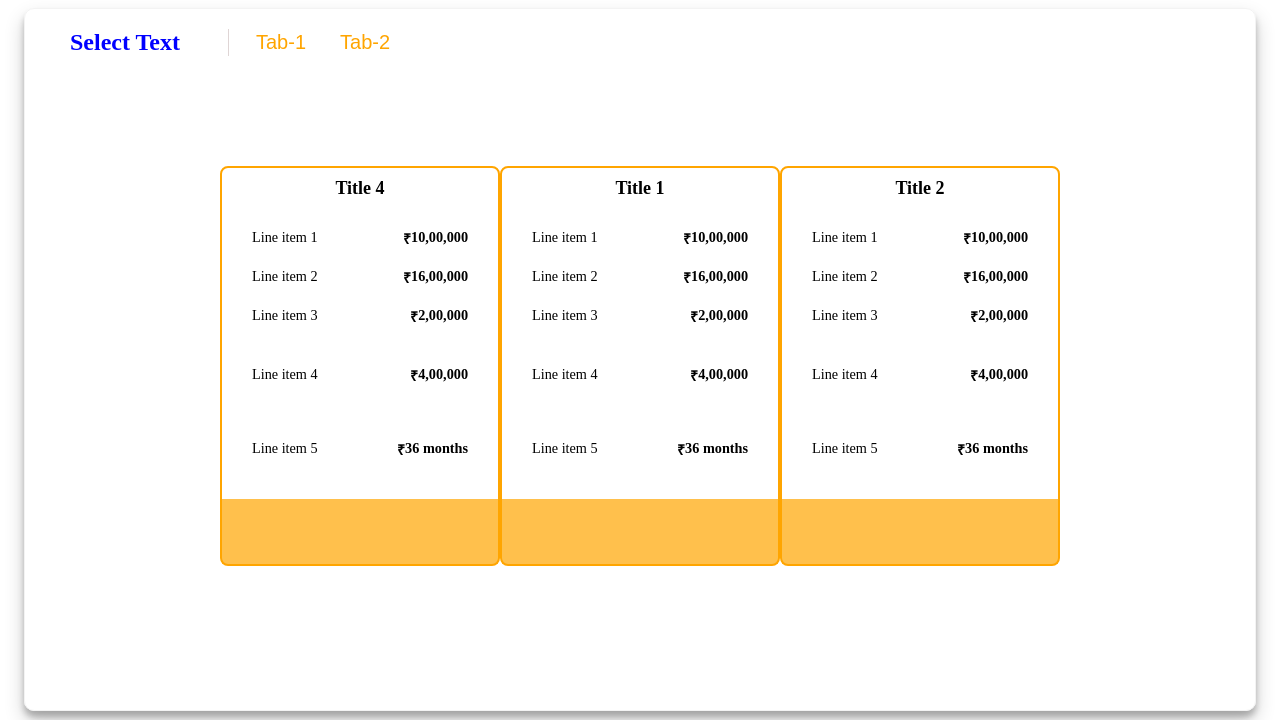
Repository: Adityanarayan-tiwari/Cardbox
Page: index.html
An editor plug-in stored every save of this project. The page is shown before and after a run of saves, followed by the edit.
The browser window is 1280 px wide. The pictures show the whole page.

Above is the page before, as saved 2020-07-25 13:45:16.

### index.html
<!DOCTYPE html>
<html lang="en">
<head>
    <meta charset="UTF-8">
    <meta name="viewport" content="width=device-width, initial-scale=1.0">
    <title>CardBox</title>
    <link rel="stylesheet" href="./index.css">
</head>
<body>




    <!-- Page Wrapper -->
    <div class="page-wrapper">
        <div class="page-heading">
            <h2>Select Text</h2>
            <button class="prev">Tab-1</button>
            <button class="next">Tab-2</button>
        </div>

        <!-- Card Slider -->
        <div class="card-slider">

            <!--  Card Wrapper -->
                <div class="card-wrapper">
                    <div class="card">
                        <h3>Title 1</h3>
                    <div class="card-content">
                        <ul>
                            <li>Line item 1</li>
                            <li><span>&#8377</span>10,00,000</li>
                        </ul>
                        <ul>
                            <li>Line item 2</li>
                            <li><span>&#8377</span>16,00,000</li>
                        </ul>
                        <ul>
                            <li>Line item 3</li>
                            <li><span>&#8377</span>2,00,000</li>
                        </ul>
                        <ul>
                            <li>Line item 4</li>
                            <li><span>&#8377</span>4,00,000</li>
                        </ul>
                        <ul>
                            <li>Line item 5</li>
                            <li><span>&#8377</span>36 months</li>
                        </ul>
                    </div>
                    <div class="lower"></div>
                    </div>
                    <div class="card">
                        <h3>Title 2</h3>
                    <div class="card-content">
                        <ul>
                            <li>Line item 1</li>
                            <li><span>&#8377</span>10,00,000</li>
                        </ul>
                        <ul>
                            <li>Line item 2</li>
                            <li><span>&#8377</span>16,00,000</li>
                        </ul>
                        <ul>
                            <li>Line item 3</li>
                            <li><span>&#8377</span>2,00,000</li>
                        </ul>
                        <ul>
                            <li>Line item 4</li>
                            <li><span>&#8377</span>4,00,000</li>
                        </ul>
                        <ul>
                            <li>Line item 5</li>
                            <li><span>&#8377</span>36 months</li>
                        </ul>
                    </div>
                    <div class="lower"></div>
                    </div>
                    <div class="card">
                        <h3>Title 3</h3>
                    <div class="card-content">
                        <ul>
                            <li>Line item 1</li>
                            <li><span>&#8377</span>10,00,000</li>
                        </ul>
                        <ul>
                            <li>Line item 2</li>
                            <li><span>&#8377</span>16,00,000</li>
                        </ul>
                        <ul>
                            <li>Line item 3</li>
                            <li><span>&#8377</span>2,00,000</li>
                        </ul>
                        <ul>
                            <li>Line item 4</li>
                            <li><span>&#8377</span>4,00,000</li>
                        </ul>
                        <ul>
                            <li>Line item 5</li>
                            <li><span>&#8377</span>36 months</li>
                        </ul>
                    </div>
                    <div class="lower"></div>
                    </div>
                    <div class="card">
                        <h3>Title 4</h3>
                    <div class="card-content">
                        <ul>
                            <li>Line item 1</li>
                            <li><span>&#8377</span>10,00,000</li>
                        </ul>
                        <ul>
                            <li>Line item 2</li>
                            <li><span>&#8377</span>16,00,000</li>
                        </ul>
                        <ul>
                            <li>Line item 3</li>
                            <li><span>&#8377</span>2,00,000</li>
                        </ul>
                        <ul>
                            <li>Line item 4</li>
                            <li><span>&#8377</span>4,00,000</li>
                        </ul>
                        <ul>
                            <li>Line item 5</li>
                            <li><span>&#8377</span>36 months</li>
                        </ul>
                    </div>
                    <div class="lower"></div>
                    </div>
                </div>
            <!-- // Card Wrapper -->

        </div>
        <!-- // Card Slider -->

    </div>
    <!-- // Page Wrapper -->







    <!-- JQuery cdn Link -->
    <script src="https://code.jquery.com/jquery-3.5.1.slim.min.js"></script>

    <!-- Slick Carousel JS cdn Link -->
    <script type="text/javascript" src="https://cdn.jsdelivr.net/npm/slick-carousel@1.8.1/slick/slick.min.js"></script>

    <!-- Custom JavaScript -->
    <script src="./index.js"></script>
</body>
</html>

### index.css




.page-wrapper{
    max-width: 1200px;
    margin: 0 auto;
    padding: 0 15px;
    border: 1px solid #f3f3f3;
    box-shadow: 0 10px 20px rgba(0,0,0,0.19), 0 6px 6px rgba(0,0,0,0.23);
    border-radius: 10px;
}



.page-heading{
    display: flex;
}
.page-heading h2 {
    margin: 20px 30px;
    color: blue;
    padding-right: 4%;
    border-right: 1px solid rgb(223, 213, 213);
    margin-right: 10px;
}
.page-heading .next,.prev {
    margin: 10px;
    display: block;
    background: transparent;
    border: 1px solid transparent;
    color: orange;
    font-size: 20px;
    outline: none;
    cursor: pointer;
}
.page-heading .next:hover{
    text-decoration: underline;
}
.page-heading .prev:hover{
    text-decoration: underline;
}



.card-slider{
    margin: 2% auto 0% auto;
    /* background-color:yellowgreen; */
    /* border: 1px solid black;     */
}
.card-slider .card-wrapper{
    width: 70%;
    height: 550px;
    margin: 0 auto;
    overflow: hidden;
    /* background-color: bisque; */
    /* border:1px solid green; */
    padding: 3% 0 2% 0%;
}


.card-slider .card-wrapper .card{
    max-width: 300px;
    min-height: 400px;
    margin: 30px 0px 20px 0px;

    border: 2px solid orange;
    border-radius: 8px;
    background:white;
    outline: none;
    box-sizing:border-box;

    display: inline-block;
    position: relative;
}
.card:hover:after{
    position: absolute;
    content:'';
    bottom:-15px;
    width: 100%;
    height: 6px;
    border-radius: 40%;
    background:rgb(247, 243, 243);
}


.card h3{
    font-size: 18px;
    margin:0 auto;
    margin-top: 10px;
    margin-bottom:0px;
    text-align: center;
}


.card-content{
    padding: 20px 10px;
    padding-bottom: 60px;
}
.card-content ul{
    padding: 0;
    margin: 0;
    padding: 10px 0;
    display: flex;
    justify-content: space-between;
}
.card-content ul li{
    list-style: none;
    display: flex;
    padding: 0 20px;
    font-size: 0.89em;
}
.card-content ul li:nth-child(2){
    font-weight: bold;
}

.card-content ul:nth-child(4) {
    padding-top: 30px;
    padding-bottom: 35px;
}
.card-content ul:nth-child(5){
    padding-top: 20px;
    padding-bottom: 5px;
}
.lower {
    width: 100%;
    background: orange;
    height: 65px;
    box-sizing: border-box;
    position: absolute;
    bottom: 0;
    padding-top: 10px;
    opacity: .7;
}


    /* card hover  */

.card:hover {
    /* transform: scale(1.3); */
    transform:  translateX(0px) translateY(-32px) translateZ(0px) scale(1.2);
    transition: 1s ease-in-out;
    z-index: 1;
}

.card:hover h3{
    background: orange;
    border-radius: 20px;
    color: white;
    padding: 1% 3% 4% 3%;
    position: absolute;
    top: -3%;
    left: 50%;
    transform: translate(-50%,-50%);
    width: 150px;
}
.card:hover .middle {
    padding-top: 50px;
    padding-bottom: 60px;
}

.slick-slide + .slick-slide {
    pointer-events: none;
}
.slick-slide + .slick-current  {
    pointer-events: fill;
}



.card-wrapper .card:nth-child(1){
    order: 1;
    /* pointer-events: none; */
}
.card-wrapper .card:nth-child(2){
    order: 2;
}

### index.js
$(document).ready(function(){
    $('.card-wrapper').slick({

    slidesToShow: 3,
    slidesToScroll: 1,

    accessibility: true,
    adaptiveHeight: true,
    centerMode: true,
    centerPadding: '0px',

    nextArrow:$('.next'),
    prevArrow:$('.prev'),
    responsive: [
    {
        breakpoint: 1240,
        settings: {
            arrows: true,
            slidesToShow: 3
        }
        },
        {
        breakpoint: 768,
        settings: {
            arrows: false,
            slidesToShow: 3
        }
        },
        {
        breakpoint: 480,
        settings: {
            arrows: false,
            slidesToShow: 1
        }
        }
    ]

    });
    // $('.card-wrapper').on('afterChange', function(event, slick, currentSlide){
    //     $('.card').removeClass('active');
    //     $('.card').addClass('active');
    // });

    // $('.card-wrapper').on('beforeChange', function(event, slick, currentSlide){
    //     $('.card').removeClass('active');
    //     $('.card').addClass('active');
    // });
});

After the next 4 saves:
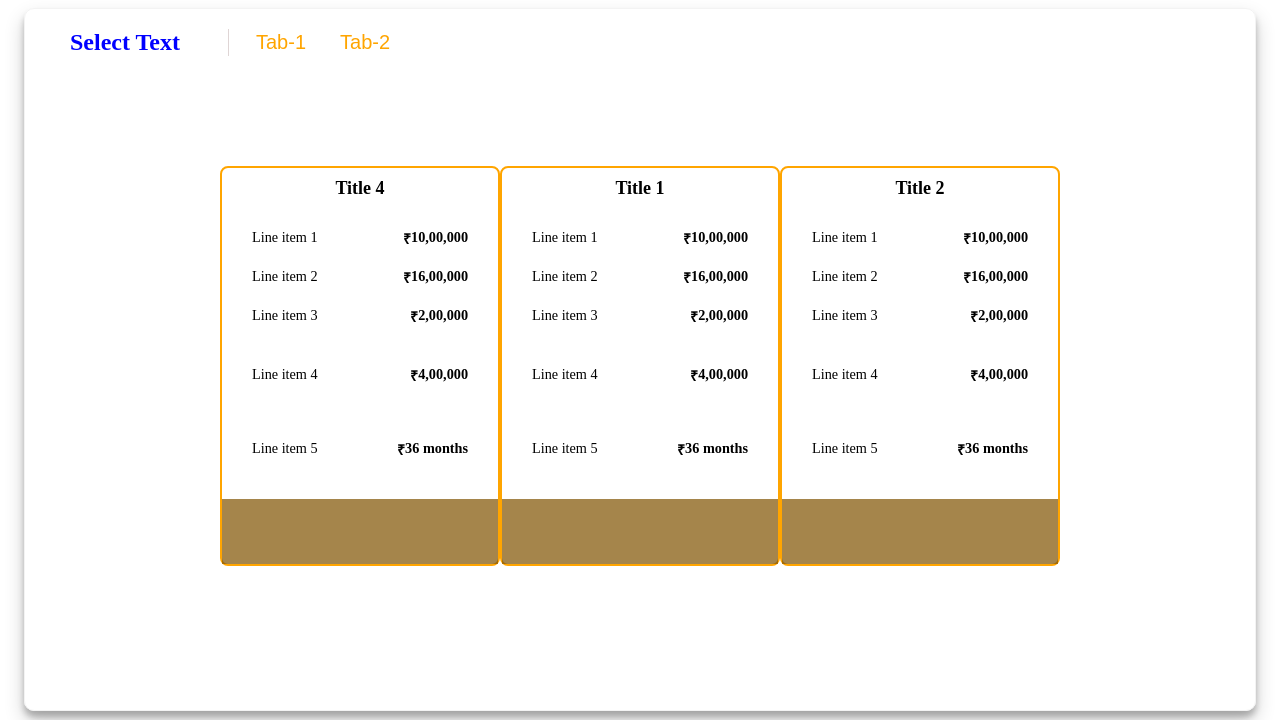
The 4 saves are shown as one change because they came seconds apart.
The last was saved 16 s later.
--- a/index.css
+++ b/index.css
@@ -130,6 +130,7 @@
     bottom: 0;
     padding-top: 10px;
     opacity: .7;
+    filter: brightness(50%);
 }
 
 
